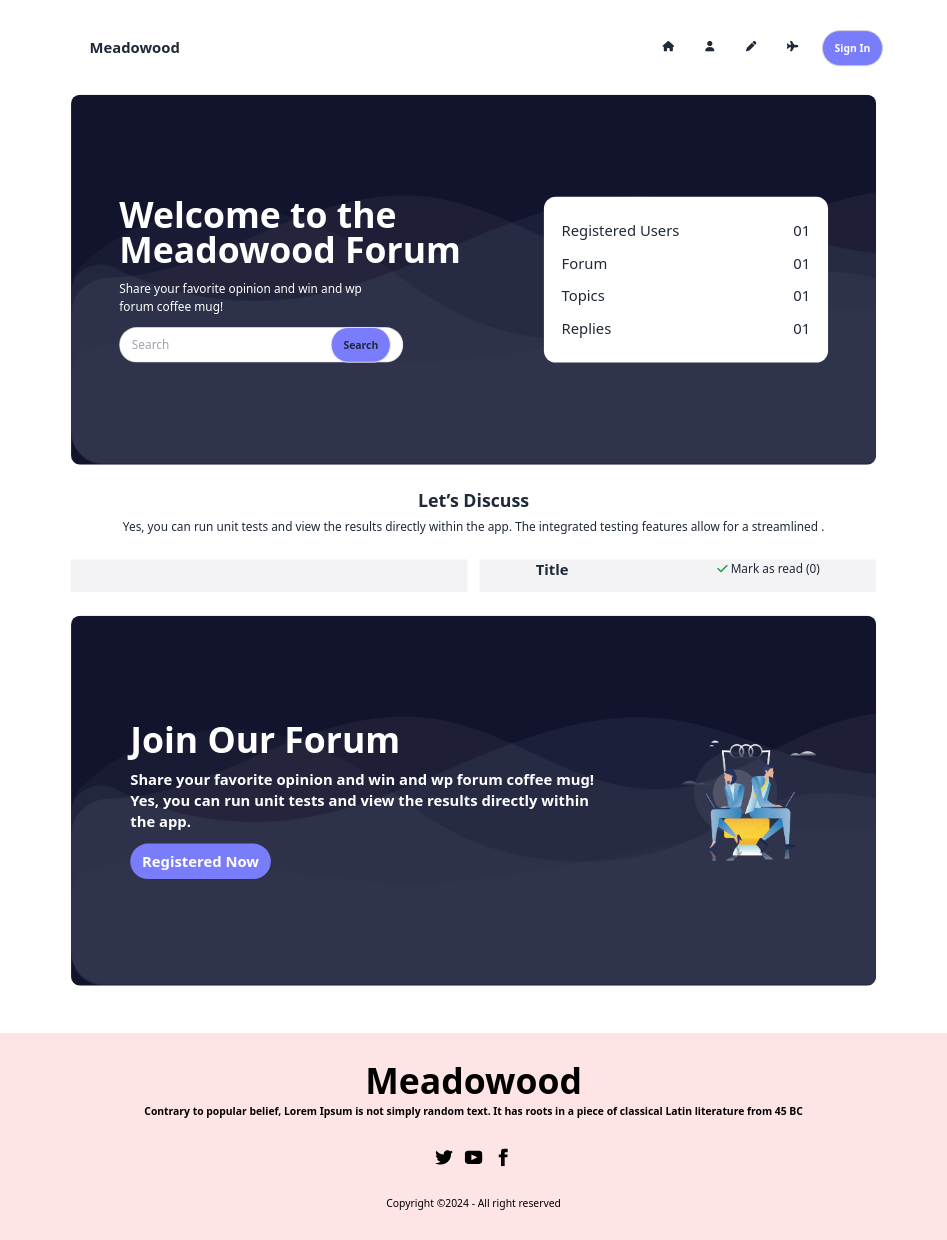
Repository: RudrasahaDibos/Meadowood-Forum
Page: index.html
These files come from the project's save history. The page is drawn as it stood at one moment and after a run of saves; the edit follows.
The browser window is 1280 px wide. The pictures show the whole page, at 74% of full size.
The page's requests for data from a server got no answer. Some web libraries are served in a nearby version.

Above is the page before, as saved 2024-11-25 12:06:52.

### index.html
<!DOCTYPE html>
<html lang="en">
    <head>
        <meta charset="UTF-8">
        <meta name="viewport" content="width=device-width, initial-scale=1.0">
        <title>Meadowood Forum</title>

        <!-- tailwind  -->
        <link
            href="https://cdn.jsdelivr.net/npm/daisyui@4.12.14/dist/full.min.css"
            rel="stylesheet" type="text/css" />
        <script src="https://cdn.tailwindcss.com"></script>

        <!-- font awesome  -->
        <link rel="stylesheet"
            href="https://cdnjs.cloudflare.com/ajax/libs/font-awesome/6.7.1/css/all.min.css"
            integrity="sha512-5Hs3dF2AEPkpNAR7UiOHba+lRSJNeM2ECkwxUIxC1Q/FLycGTbNapWXB4tP889k5T5Ju8fs4b1P5z/iB4nMfSQ=="
            crossorigin="anonymous" referrerpolicy="no-referrer" />

    </head>
    <body>
        <!-- header is start here  -->
        <header class="mt-8 container mx-auto lg:px-24  ">
            <!-- navbar is start here  -->
            <div class="navbar bg-base-100">
                <div class="flex-1">
                    <a class="btn btn-ghost text-xl">Meadowood</a>
                </div>
                <div class="flex-none">
                    <div class="dropdown dropdown-end mr-6">
                        <div role="button"
                            class="btn btn-ghost btn-circle flex w-full  ">
                            <div
                                class="indicator rounded-full border-1 h-8 w-8 mr-4 tooltip"
                                data-tip="home">
                                <i
                                    class="fa-solid fa-house h-5 w-5 mx-auto mt-2"></i>
                            </div>
                            <div
                                class="indicator rounded-full border-1 h-8 w-8 mr-4 tooltip"
                                data-tip="User">
                                <i
                                    class="fa-solid fa-user h-5 w-5 mx-auto mt-2"></i>
                            </div>
                            <div
                                class="indicator rounded-full border-1 h-8 w-8 mr-4 tooltip"
                                data-tip="pen">
                                <i
                                    class="fa-solid fa-pen h-5 w-5 mx-auto mt-2"></i>
                            </div>
                            <div
                                class="indicator rounded-full border-1 h-8 w-8 mr-4 tooltip"
                                data-tip="flight">
                                <i
                                    class="fa-solid fa-plane h-5 w-5 mx-auto mt-2"></i>
                            </div>
                        </div>

                    </div>
                    <div class="dropdown dropdown-end">
                        <div tabindex="0" role="button"
                            class="btn btn-ghost btn-circle avatar">

                            <button
                                class="btn btn-active bg-[#797DFC] text-white rounded-full ">Sign
                                In</button>

                        </div>
                        <ul
                            tabindex="0"
                            class="menu menu-sm dropdown-content bg-base-100 rounded-box z-[1] mt-3 w-52 p-2 shadow">
                            <li>
                                <a class="justify-between">
                                    Profile
                                    <span class="badge">New</span>
                                </a>
                            </li>
                            <li><a>Settings</a></li>
                            <li><a>Logout</a></li>
                        </ul>
                    </div>
                </div>
            </div>
            <!-- navbar is  end here  -->

            <!-- bannner start here  -->
            <div
                class="lg:w-full w-[450px] relative bg-no-repeat bg-cover h-[500px] z-0 rounded-xl overflow-hidden mt-8 bg-[#12132D]"
                style="background-image: url('/images/bgbanner.png');">
                <div
                    class="relative top-0 left-0 w-full h-full z-10  flex lg:flex-row flex-col justify-center items-center gap-28 ">

                    <div class="lg:space-y-4 space-y-2 lg:mt-0 mt-20">
                        <h2
                            class="lg:text-5xl text-xl font-extrabold font-manrope text-white">Welcome
                            to the <br> Meadowood Forum</h2>
                        <p class="text-white">Share your favorite opinion and
                            win and wp <br> forum coffee mug!</p>
                        <label
                            class="input input-bordered flex items-center gap-2 w-96 rounded-full">
                            <input type="text" class="grow"
                                placeholder="Search" />
                            <button
                                class="btn bg-[#797DFC] rounded-full">Search</button>
                        </label>
                    </div>

                    <div
                        class="menu bg-[#FFFFFF] rounded-box w-96 h-56 lg:mb-0 mb-20">
                        <div class="p-4 space-y-4 mt-2 ">

                            <div class="flex justify-between"><a
                                    class="text-xl ">Registered Users</a><a
                                    class="text-xl ">01</a></div>
                            <div class="flex justify-between"><a
                                    class="text-xl ">Forum</a><a
                                    class="text-xl">01</a></div>
                            <div class="flex justify-between"><a
                                    class="text-xl ">Topics</a><a
                                    class="text-xl">01</a></div>
                            <div class="flex justify-between"><a
                                    class="text-xl ">Replies</a><a
                                    class="text-xl ">01</a></div>
                        </div>
                    </div>

                </div>
            </div>
            <!-- bannner end here  -->

        </header>
        <!-- header is end here  -->

        <!-- main is start here  -->
        <main class="container mx-auto lg:px-24 ">
            <!-- Let’s Discuss  starts here  -->
           <div class="ml-4 lg:ml-0">
            <h1 class="text-2xl text-center font-semibold mt-8">Let’s Discuss</h1>
            <p class="text-center mx-auto mt-2 ">Yes, you can run unit tests and view the results directly within
                the app. The integrated testing features allow for a streamlined
                .</p>
           </div>
            <!-- Let’s Discuss start here -->
            <section class="mt-8 lg:-ml-0 -ml-8">
                <!-- card start here -->
                    <div class="flex gap-4 flex-col lg:flex-row  ">
                        <div  id="card-conatiner" class="space-y-4 bg-[#F3F3F5] lg:w-full  w-[450px]  ">


                        </div>

                        <!-- card ends here -->

                        <div class="space-y-4 bg-[#F3F3F5] lg:w-full w-96 flex flex-col  items-center ml-7 lg:ml-0 ">
                             <div class="flex gap-4 justify-between w-96">
                                <p class="text-xl font-bold">Title</p>
                                <p ><i class="fa-solid fa-check text-green-600"></i> Mark as read (<span id="mark-read">0</span>)</p>
                             </div>
                            <div id="secondcard-container" class="space-y-4 bg-[#F3F3F5] lg:w-full  w-[450px] ">


                                 <div>

                                 </div>


                              </div>


                        </div>
                    </div>
                    <!-- card end here -->
            </section>

                 <!-- resgistart start here  -->
                       <section class="mt-8">
                        <div
                        class="lg:w-full w-[450px] relative bg-no-repeat bg-cover h-[500px] z-0 rounded-xl overflow-hidden mt-8 bg-[#12132D] p-20"
                        style="background-image: url('/images/bgbanner.png');">
                        <div
                            class="relative top-0 left-0 w-full h-full z-10  flex lg:flex-row flex-col justify-center items-center gap-28 ">

                            <div class="lg:space-y-4 space-y-2 lg:mt-0 mt-24">
                                <h2
                                    class="lg:text-5xl text-xl font-extrabold font-manrope text-white">Join Our Forum</h2>
                                <p class="text-white text-xl font-bold ">Share your favorite opinion and win and wp forum coffee mug! Yes, you can  run unit tests and view the results directly within the app. </p>


                                    <button
                                        class="btn bg-[#797DFC] rounded-full text-white border-none  mx-auto text-xl ">Registered Now</button>

                            </div>

                            <div
                                class="">
                                 <img src="images/joinforum.png" alt="">
                            </div>

                        </div>
                    </div>
                       </section>

                 <!-- registart end here -->

                <!-- latest card  startt here -->
                 <section class="mt-8">

                  <div id="latest-card" class="grid lg:grid-cols-3 grid-cols-1 gap-2" >

                  </div>
                 </section>

                <!-- latest crd end here -->


        </main>
        <!-- main is end here  -->

        <!-- footer is start here  -->
        <footer class="footer footer-center bg-rose-100 text-primary-content p-10 mt-8 lg:w-full w-[500px]">
            <aside>
                <h2
                class="lg:text-5xl text-xl font-extrabold font-manrope text-black">
                Meadowood</h2>
              <p class="font-bold text-black">
                Contrary to popular belief, Lorem Ipsum is not simply random text. It has roots in a piece of classical Latin literature from 45 BC
              </p>

            </aside>
            <nav>
              <div class="grid grid-flow-col gap-4 text-black">
                <a>
                  <svg
                    xmlns="http://www.w3.org/2000/svg"
                    width="24"
                    height="24"
                    viewBox="0 0 24 24"
                    class="fill-current">
                    <path
                      d="M24 4.557c-.883.392-1.832.656-2.828.775 1.017-.609 1.798-1.574 2.165-2.724-.951.564-2.005.974-3.127 1.195-.897-.957-2.178-1.555-3.594-1.555-3.179 0-5.515 2.966-4.797 6.045-4.091-.205-7.719-2.165-10.148-5.144-1.29 2.213-.669 5.108 1.523 6.574-.806-.026-1.566-.247-2.229-.616-.054 2.281 1.581 4.415 3.949 4.89-.693.188-1.452.232-2.224.084.626 1.956 2.444 3.379 4.6 3.419-2.07 1.623-4.678 2.348-7.29 2.04 2.179 1.397 4.768 2.212 7.548 2.212 9.142 0 14.307-7.721 13.995-14.646.962-.695 1.797-1.562 2.457-2.549z"></path>
                  </svg>
                </a>
                <a>
                  <svg
                    xmlns="http://www.w3.org/2000/svg"
                    width="24"
                    height="24"
                    viewBox="0 0 24 24"
                    class="fill-current">
                    <path
                      d="M19.615 3.184c-3.604-.246-11.631-.245-15.23 0-3.897.266-4.356 2.62-4.385 8.816.029 6.185.484 8.549 4.385 8.816 3.6.245 11.626.246 15.23 0 3.897-.266 4.356-2.62 4.385-8.816-.029-6.185-.484-8.549-4.385-8.816zm-10.615 12.816v-8l8 3.993-8 4.007z"></path>
                  </svg>
                </a>
                <a>
                  <svg
                    xmlns="http://www.w3.org/2000/svg"
                    width="24"
                    height="24"
                    viewBox="0 0 24 24"
                    class="fill-current">
                    <path
                      d="M9 8h-3v4h3v12h5v-12h3.642l.358-4h-4v-1.667c0-.955.192-1.333 1.115-1.333h2.885v-5h-3.808c-3.596 0-5.192 1.583-5.192 4.615v3.385z"></path>
                  </svg>
                </a>
              </div>
            </nav>
            <p class="text-black ">Copyright ©2024 - All right reserved</p>
          </footer>
        <!-- footer is end here  -->
         <script src="app.js"></script>
    </body>
</html>

### app.js
const loadforum = async() =>{
    const res = await fetch('https://openapi.programming-hero.com/api/retro-forum/posts')
    const data =await res.json()
    const CardContainer = document.getElementById('card-conatiner')

    data.posts.forEach(items => {
        console.log(items)
         const div = document.createElement('div')
         div.classList = `card card-side bg-base-100 shadow-xl`
         div.innerHTML =`
                                         <div class="avatar indicator">

                                           <span class="indicator-item ml-16 mt-4  indicator-start badge badge-secondary">${items.isActive === false}</span>
                                        <div class="lg:h-20 lg:ml-2 lg:mt-3 lg:w-full lg:mx-auto lg:rounded-3xl rounded-full h-20 ">
                                          <img
                                            alt="Tailwind CSS examples"
                                            src="${items.image}" />
                                        </div>
                                      </div>

                                <div class="card-body">
                                    <div class="flex justify-between">
                                        <p>#${items.category}</p>
                                        <p>Author : ${items.author.name}</p>
                                    </div>
                                  <h2 class="card-title">${items.title}</h2>
                                  <p>${items.description}</p>
                                   <p class="border-2 border-dotted "></p>
                                    <div class="flex justify-between">
                                        <div class="flex gap-4 ">
                                       <p class="flex justify-center items-center gap-2"><i class="fa-regular fa-message"></i>${items.comment_count}</p>
                                        <p class="flex justify-center items-center gap-2"><i class="fa-regular fa-eye"></i>${items.posted_time}</p>
                                        <p class="flex justify-center items-center gap-2"><i class="fa-regular fa-compass"></i>${items.view_count}</p>
                                        </div>
                                        <div class=" bg-green-600 h-10 w-10 rounded-full">
                                        <button onClick="handledetails('${items.title}','${items.view_count}')"><i class="fa-solid fa-envelope text-white flex justify-center items-center ml-3 mt-3"></i> </button>

                                        </div>
                                    </div>

                                </div>


         `
         CardContainer.appendChild(div)
    });
}

  const handledetails = async(title,view_count) =>{
    const Cart = getValueElementById('mark-read')
    const totalCart = Cart +1
    setInnerText('mark-read',totalCart)


    const secondcard = document.getElementById('secondcard-container')
        const div = document.createElement('div')
        div.classList = `card  bg-base-100 shadow-xl`
        div.innerHTML = `


                                <div class="card-body flex mx-auto justify-between">
                                   <div>
                                      <h2 class="">${title}</h2>
                                 </div>
                                    <div>
                                        <p class=""><i class="fa-regular fa-eye">${view_count}</i></p>
                                 </div>


                                </div>

        `
        secondcard.appendChild(div)


  }


  function setInnerText(id,value){
    document.getElementById(id).innerText = value
  }

  function getValueElementById(id){
    const getvalueText = document.getElementById(id).innerText
    const getValueint = parseInt(getvalueText)
    return getValueint
   }
   const loadletest = async() =>{
       const res = await fetch(' https://openapi.programming-hero.com/api/retro-forum/latest-posts')
       const data = await res.json()

       const latestCard = document.getElementById('latest-card')
       data.forEach(items => {
        console.log(items)
          const div = document.createElement('div')
          div.classList =`card bg-base-100  shadow-xl`
          div.innerHTML=`
                             <figure class="px-10 pt-10">
                            <img
                              src="${items.cover_image}"
                              alt=""
                              class="rounded-xl" />
                          </figure>

                          <div class="card-body ">
                          <h2 class="flex items-center  gap-4"><i class="fa-solid fa-calendar-days"></i>${items.author.posted_date || 'No publish date'}</h2>
                            <h2 class="card-title">${items.title}</h2>
                            <p>${items.description}</p>
                            <div class="navbar bg-base-100">

                    <div class="flex-none gap-2">
                        <div class="dropdown dropdown-end">
                            <div tabindex="0" role="button" class="btn btn-ghost btn-circle avatar">
                              <div class="w-10 rounded-full">
                                <img
                                  alt="Tailwind CSS Navbar component"
                                  src="${items.profile_image}" />
                              </div>
                            </div>

                          </div>

                           <div class="">
                              <h2 class="text-2xl text-black font-bold">${items.author.name}</h2>
                              <span>${items.author.designation || "Unknown"}</span>
                           </div>

                    </div>
                  </div>
                          </div>
          `
          latestCard.appendChild(div)
       });
   }


loadforum()
loadletest()

After the next 2 saves:
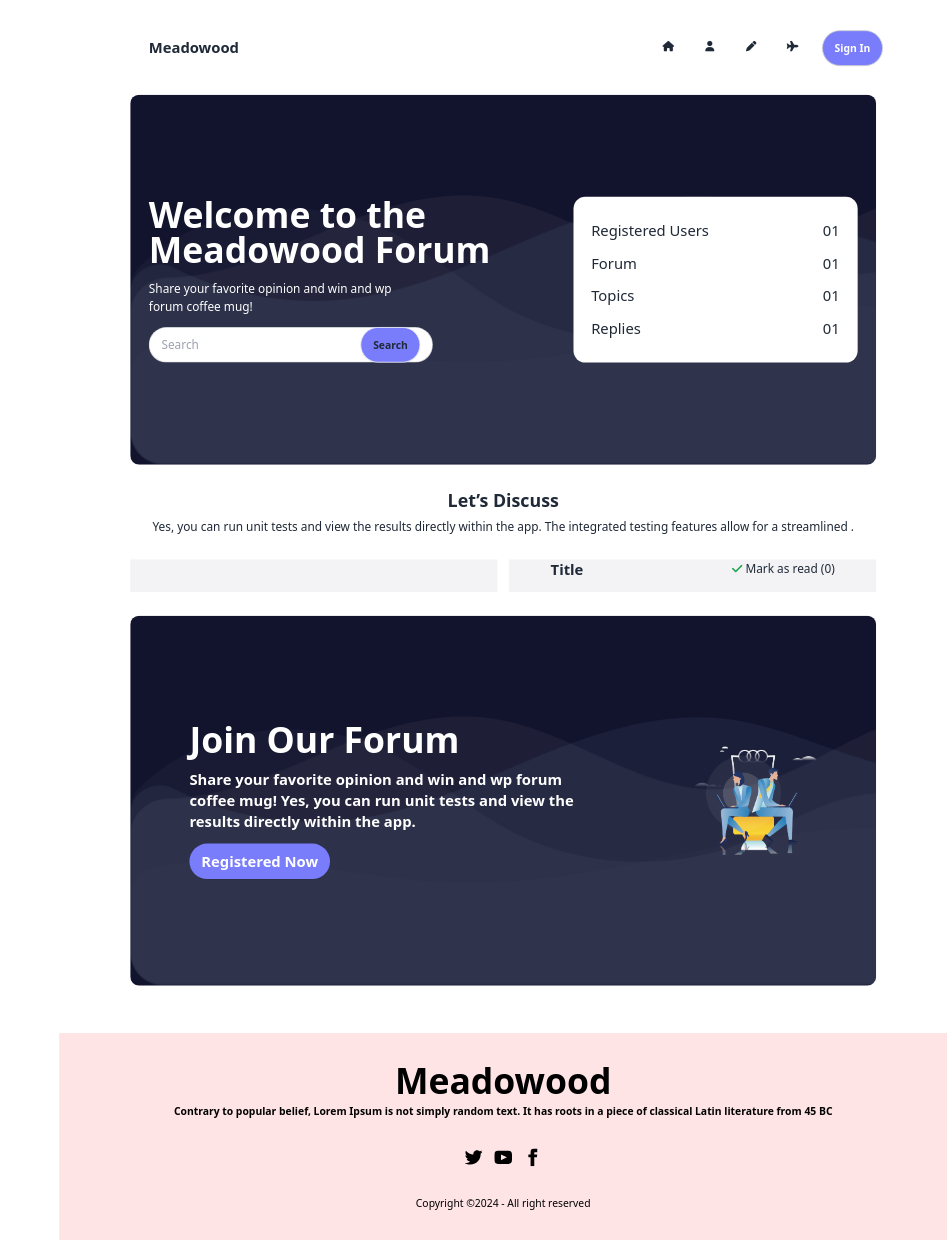
The 2 saves are shown as one change because they came seconds apart.
The last was saved 30 s later.
--- a/index.html
+++ b/index.html
@@ -18,7 +18,7 @@
             crossorigin="anonymous" referrerpolicy="no-referrer" />
 
     </head>
-    <body>
+    <body class="ml-20">
         <!-- header is start here  -->
         <header class="mt-8 container mx-auto lg:px-24  ">
             <!-- navbar is start here  -->
